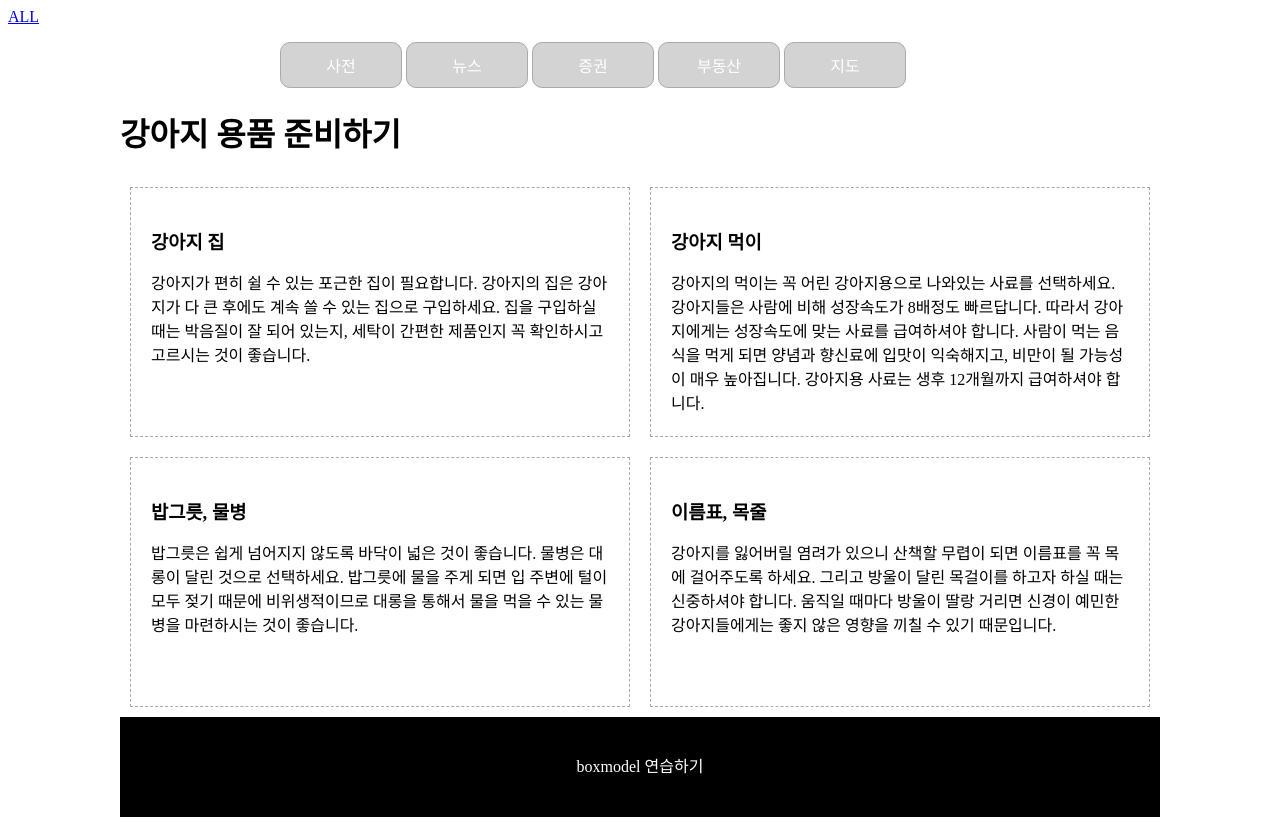
Repository: itkezi/HTML_2022_505
Page: Web/WebContent/HTML/0329_EX.html
An editor plug-in stored every save of this project. The page is shown before and after the next save, followed by the edit.
The browser window is 1280 px wide. The pictures show the whole page.

Above is the page before, as saved 2022-03-29 06:45:42.

### Web/WebContent/HTML/0329_EX.html
<!DOCTYPE html>
<html>
<head>
<meta charset="UTF-8">
<title>290p</title>
<style>
#container {
	width:1040px;
	margin:0 auto;
	}
article{
	border:dashed 1px #aaa;
	width:500px;
	height:250px;
	margin:10px;
	padding:20px;
	float: left;
	box-sizing: border-box;
	}
article p {
	line-height: 24px;
	}
footer {
	width:100%;
	height:100px;
	clear:left;
	background-color: black;
	}
footer p {
	color:white;
	text-align: center;
	line-height: 100px
	}
nav {
	width:800px;
	margin:auto;
	}
nav ul {
	list-style: none;
	}
nav ul li {
	width:100px;
	display:inline-block;
	text-align:center;
	border:1px solid #aaa;
	border-radius:10px;
	padding:10px;
	background-color: lightgray;
	}
nav a {
	text-decoration:none;
	color:white;
	}

</style>

</head>
<body>
<a href="http://localhost:8080/Web/HTML/ALL.html" target='_blank'> ALL</a>
<br>

<!-- 사전 뉴스 증권 부동산 지도를 네비게이션 태그를 사용한 시맨틱 태그로 표현해본다 -->

<nav>
	<ul>
		<li><a href='#'>사전</a></li>
		<li><a href='#'>뉴스</a></li>
		<li><a href='#'>증권</a></li>
		<li><a href='#'>부동산</a></li>
		<li><a href='#'>지도</a></li>
	</ul>
</nav>

<div id='container'>
<h1>강아지 용품 준비하기</h1>
	<article>
		<h3>강아지 집</h3>
		<p>강아지가 편히 쉴 수 있는 포근한 집이 필요합니다.
		강아지의 집은 강아지가 다 큰 후에도 계속 쓸 수 있는 집으로 구입하세요.
		집을 구입하실 때는 박음질이 잘 되어 있는지,
		세탁이 간편한 제품인지 꼭 확인하시고 고르시는 것이 좋습니다.</p>
	</article>
	<article>
		<h3>강아지 먹이</h3>
		<p>강아지의 먹이는 꼭 어린 강아지용으로 나와있는 사료를 선택하세요.
		강아지들은 사람에 비해 성장속도가 8배정도 빠르답니다.
		따라서 강아지에게는 성장속도에 맞는 사료를 급여하셔야 합니다.
		사람이 먹는 음식을 먹게 되면 양념과 향신료에 입맛이 익숙해지고,
		비만이 될 가능성이 매우 높아집니다.
		강아지용 사료는 생후 12개월까지 급여하셔야 합니다.</p>
	</article>
	<article>
		<h3>밥그릇, 물병</h3>
		<p>밥그릇은 쉽게 넘어지지 않도록 바닥이 넓은 것이 좋습니다.
		물병은 대롱이 달린 것으로 선택하세요.
		밥그릇에 물을 주게 되면 입 주변에 털이 모두 젖기 때문에
		비위생적이므로 대롱을 통해서 물을 먹을 수 있는 물병을 마련하시는 것이 좋습니다.</p>
	</article>
	<article>
		<h3>이름표, 목줄</h3>
		<p>강아지를 잃어버릴 염려가 있으니 산책할 무렵이 되면
		이름표를 꼭 목에 걸어주도록 하세요.
		그리고 방울이 달린 목걸이를 하고자 하실 때는 신중하셔야 합니다.
		움직일 때마다 방울이 딸랑 거리면 신경이 예민한 강아지들에게는
		좋지 않은 영향을 끼칠 수 있기 때문입니다.</p>
	</article>
	<footer>
		<p>boxmodel 연습하기</p>
	</footer>
</div>
</body>
</html>

After the next save:
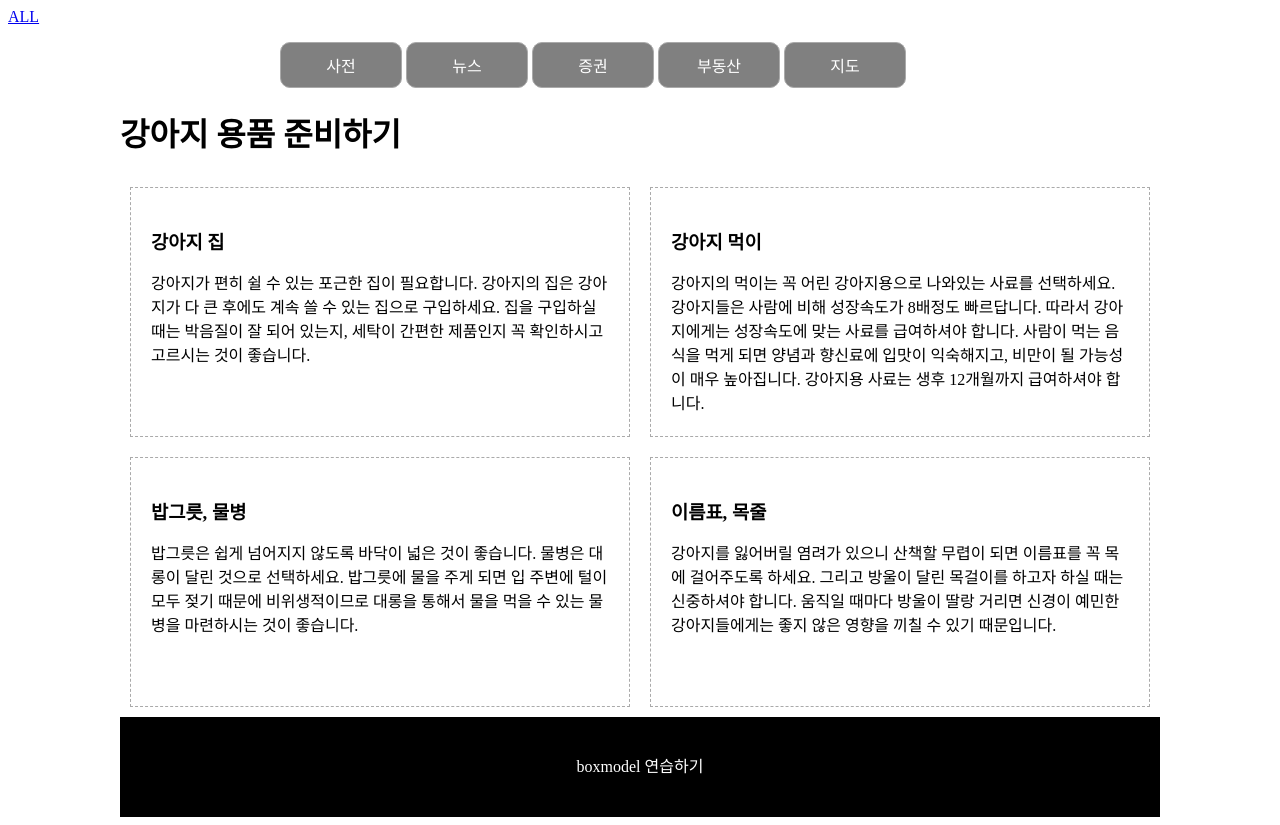
Saved 8 s later.
--- a/Web/WebContent/HTML/0329_EX.html
+++ b/Web/WebContent/HTML/0329_EX.html
@@ -45,7 +45,7 @@ nav ul li {
 	border:1px solid #aaa;
 	border-radius:10px;
 	padding:10px;
-	background-color: lightgray;
+	background-color: gray;
 	}
 nav a {
 	text-decoration:none;
